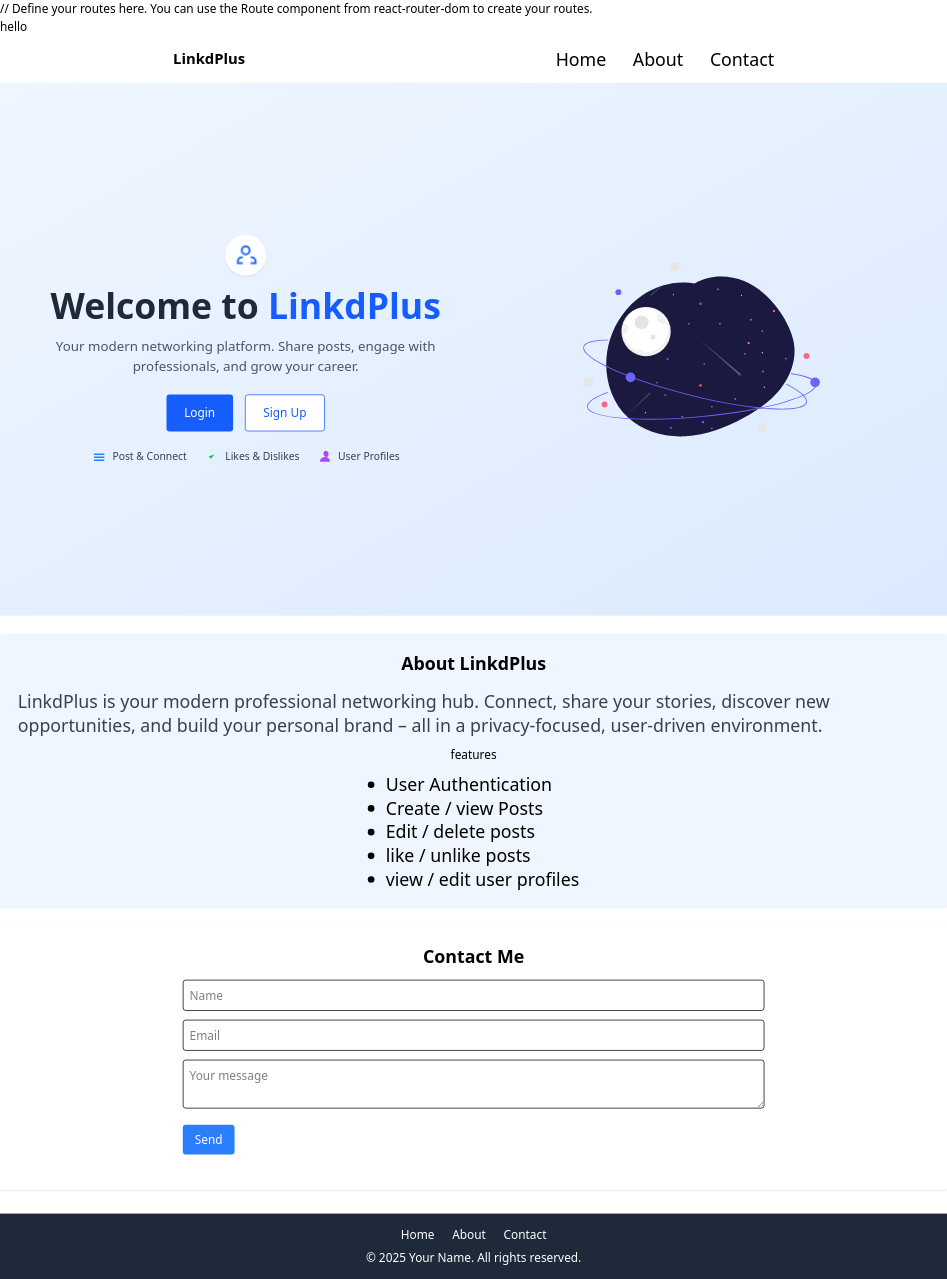
Repository: Tushal27/LinkdPlus-Frontend
Page: /
An editor plug-in stored every save of this project. The page is shown before and after the next save, followed by the edit.
The browser window is 1280 px wide. The pictures show the whole page, at 74% of full size.
The project was rebuilt for these pictures with package versions that can differ from the ones it lists, and the page was loaded fresh each time. Also part of the build but not shown: vite.config.js, src/pages/Login.jsx, src/pages/Register.jsx, src/pages/Profile.jsx, src/components/CommentsDrawer.jsx, src/pages/Posts.jsx, src/pages/EditProfile.jsx. Imported but missing from the stored project, and not drawn on this page: src/components/PostCard, src/pages/Layout.

Above is the page before, as saved 2025-08-04 03:31:10.

After the next save:
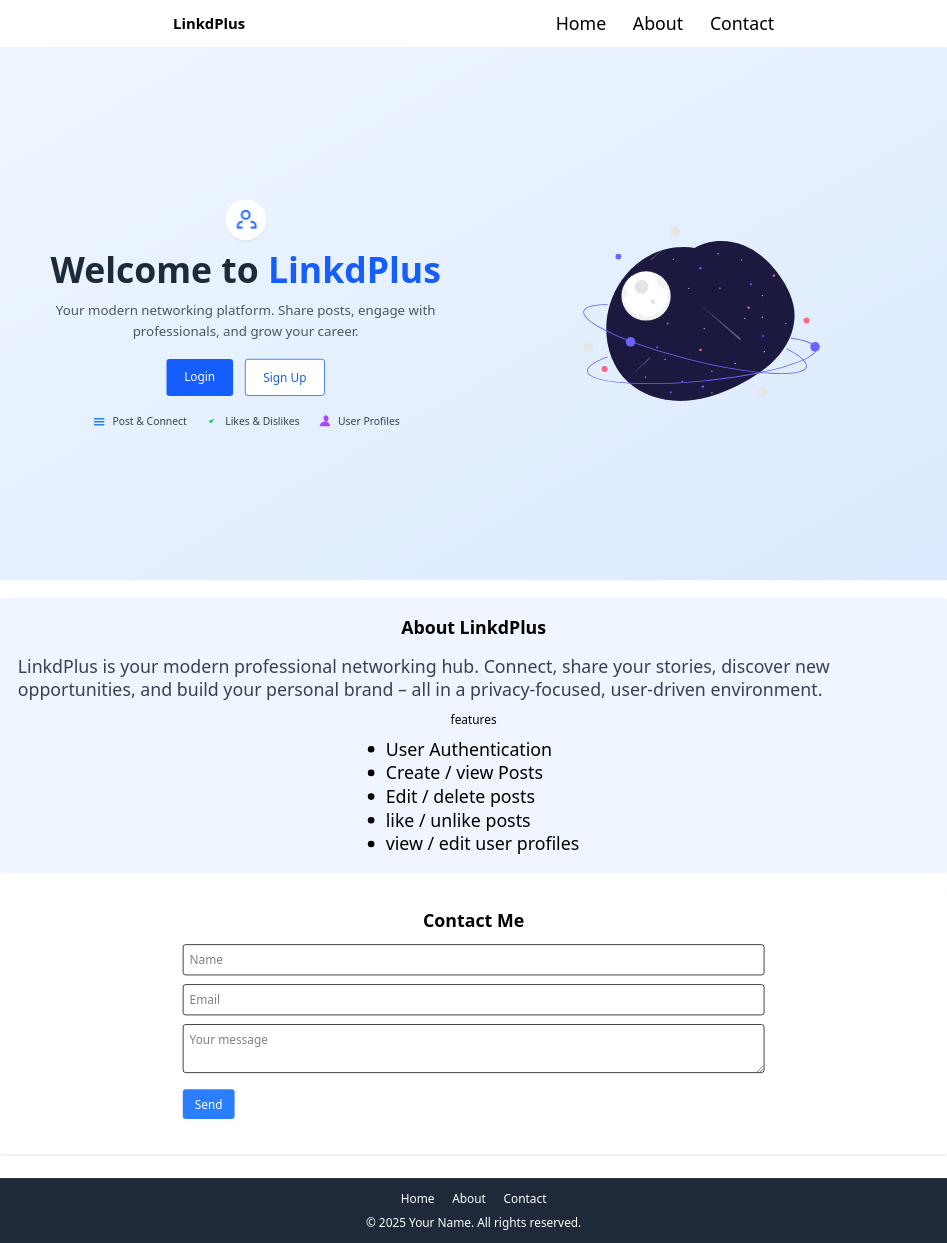
Saved 19 s later.
--- a/src/App.jsx
+++ b/src/App.jsx
@@ -7,8 +7,6 @@ import Posts from "./pages/Posts";
 import EditProfile from "./pages/EditProfile";
 export default function App() {
   return (<>
-      // Define your routes here. You can use the Route component from react-router-dom to create your routes.
-      <h1>hello</h1>
       <Routes>
         <Route path="/" element={ <HomePage />}/>
         <Route path="/login" element={<Login/>} />
